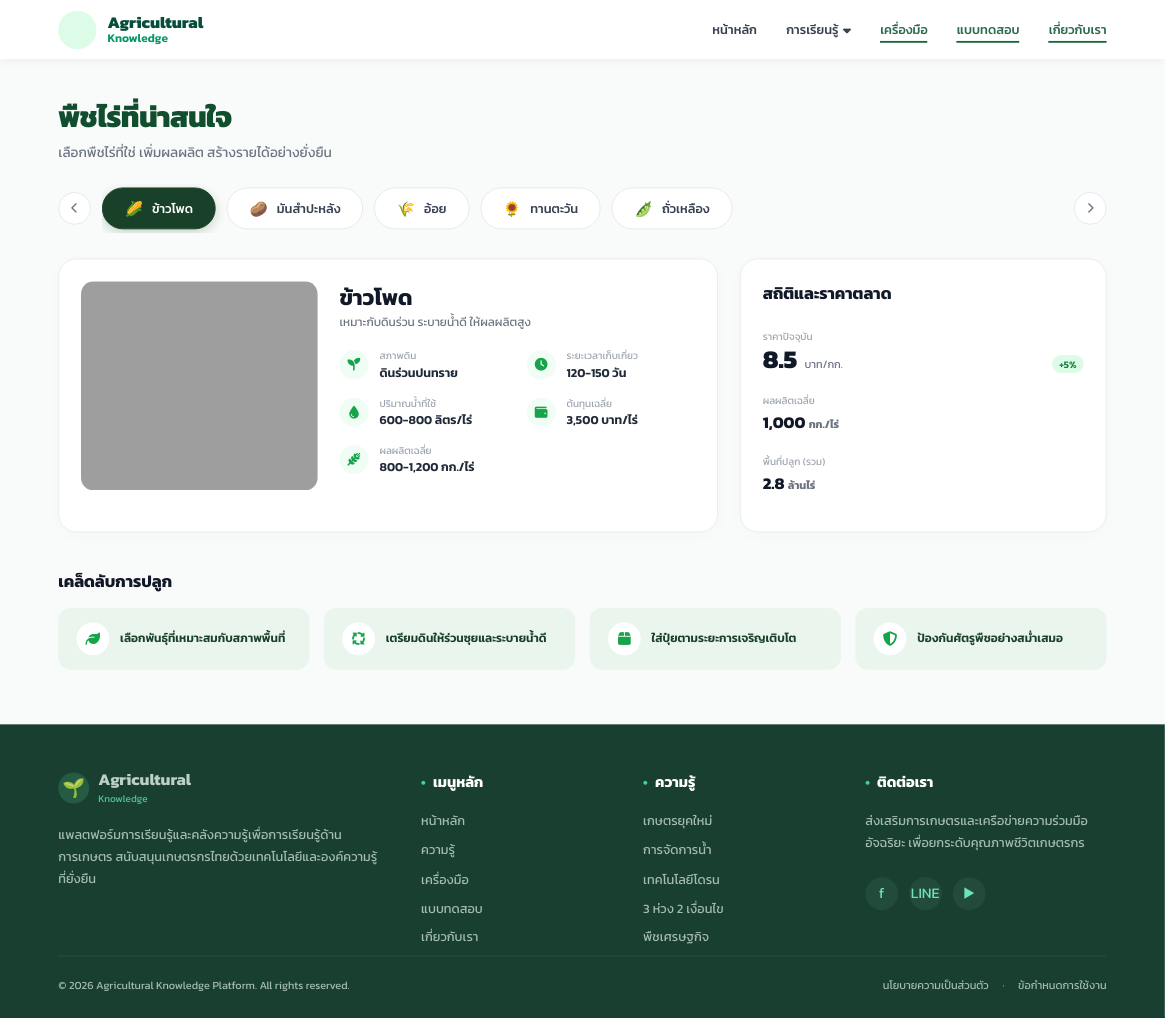
Repository: nuwat-wa/Project-WebdesignAG
Page: ag7.html
The author's editor kept a copy of each file at every save. The page is drawn from the files as they stood at one save, then again after the next save.
The browser window is 1280 px wide. The pictures show the whole page, at 91% of full size.
Pictures or frames that could not be fetched are drawn as grey boxes.

Above is the page before, as saved 2026-09-30 19:14:55.

### ag7.html
<!DOCTYPE html>
<html lang="th">
<head>
  <meta charset="UTF-8">
  <meta name="viewport" content="width=device-width, initial-scale=1.0">
  <title>พืชไร่ที่น่าสนใจ - Agricultural Knowledge</title>
  <!-- Google Font: Kanit -->
  <link rel="stylesheet" href="https://fonts.googleapis.com/css2?family=Kanit:wght@300;400;500;600;700;800&display=swap">
  <!-- FontAwesome Icons -->
  <link rel="stylesheet" href="https://cdnjs.cloudflare.com/ajax/libs/font-awesome/6.4.0/css/all.min.css">
  <!-- External CSS -->
  <link rel="stylesheet" href="style/ag7.css">
</head>
<body>

  <header class="header">
      <div class="logo">
        <div class="logo-icon">
          <i class=""></i>
        </div>
        <div class="brand-text">
          <h1 class="title">Agricultural</h1>
          <span class="subtitle">Knowledge</span>
        </div>
      </div>

      <input type="checkbox" id="menu-toggle" class="menu-toggle" />

      <label for="menu-toggle" class="hamburger">
        <span></span>
        <span></span>
        <span></span>
      </label>

      <nav class="nav-links">
        <a href="#">หน้าหลัก</a>

        <div class="dropdown-hover">
          <a href="#" class="dropdown-btn active"
            >การเรียนรู้ <i class="fa-solid fa-caret-down"></i
          ></a>

          <div class="menu-level1">
            <!-- มือใหม่ -->
            <div class="menu-item-has-children">
              <a href="#">มือใหม่ <i class="fa-solid fa-caret-right"></i></a>
              <div class="menu-level2">
                <a href="ag4.html">เกษตรสมัยใหม่</a>
                <a href="ag5.html">ปลูกข้าว</a>
                <a href="ag6.html">พืชสวน</a>
                <a href="ag7.html">พืชไร่</a>
                <a href="ag8.html">ปลูกผัก</a>
                <a href="ag9.html">การเตรียมดิน</a>
                <a href="#">การเลือกปุ๋ย</a>
                <a href="#">โรคศัตรูพืช</a>
              </div>
            </div>

            <!-- ผู้มีพื้นฐาน -->
            <div class="menu-item-has-children">
              <a href="#"
                >ผู้มีพื้นฐาน <i class="fa-solid fa-caret-right"></i
              ></a>
              <div class="menu-level2">
                <a href="#">เทคโนโลยีการเกษตร</a>
                <a href="#">การวางแผนการผลิต</a>
                <a href="#">AI / Big Data</a>
                <a href="ag10.html">ระบบน้ำอัจฉริยะ</a>
                <a href="#">การจัดการต้นทุน</a>
              </div>
            </div>

            <a href="ag3.html">หลักการพอเพียง</a>
            <a href="#">เรื่องเล่า</a>
            <a href="#">บทความ</a>

          </div>
        </div>

        <a href="#" class="active">เครื่องมือ</a>
        <a href="#" class="active">แบบทดสอบ</a>
        <a href="ag2.html" class="active">เกี่ยวกับเรา</a>
      </nav>
    </header>

  <!-- Main Content -->
  <main class="main-content">
    <div class="container">

      <!-- Header Title -->
      <section class="section-header">
        <h1 class="main-title">พืชไร่ที่น่าสนใจ</h1>
        <p class="section-subtitle">เลือกพืชไร่ที่ใช่ เพิ่มผลผลิต สร้างรายได้อย่างยั่งยืน</p>
      </section>

      <!-- Pure CSS Tabs Container -->
      <div class="plant-system">

        <!-- Radio Inputs (hidden) -->
        <input type="radio" name="plant-tab" id="tab-corn" checked>
        <input type="radio" name="plant-tab" id="tab-cassava">
        <input type="radio" name="plant-tab" id="tab-sugarcane">
        <input type="radio" name="plant-tab" id="tab-sunflower">
        <input type="radio" name="plant-tab" id="tab-soybean">

        <!-- Plant Selector Nav (Labels) -->
        <div class="tabs-wrapper">
          <div class="arrow-btn"><i class="fa-solid fa-chevron-left"></i></div>
          <div class="tabs-list">
            <label for="tab-corn" class="tab-btn label-corn">
              <span class="tab-icon">🌽</span> ข้าวโพด
            </label>
            <label for="tab-cassava" class="tab-btn label-cassava">
              <span class="tab-icon">🥔</span> มันสำปะหลัง
            </label>
            <label for="tab-sugarcane" class="tab-btn label-sugarcane">
              <span class="tab-icon">🌾</span> อ้อย
            </label>
            <label for="tab-sunflower" class="tab-btn label-sunflower">
              <span class="tab-icon">🌻</span> ทานตะวัน
            </label>
            <label for="tab-soybean" class="tab-btn label-soybean">
              <span class="tab-icon">🫛</span> ถั่วเหลือง
            </label>
          </div>
          <div class="arrow-btn"><i class="fa-solid fa-chevron-right"></i></div>
        </div>

        <!-- Dynamic Content Panels -->
        <div class="tab-panels">

          <!-- 1. ข้าวโพด -->
          <div class="panel panel-corn">
            <div class="details-grid">
              <div class="plant-detail-card">
                <div class="plant-img-box">
                  <img src="https://images.unsplash.com/photo-1551754655-cd27e38d2076?q=80&w=600&auto=format&fit=crop" alt="ข้าวโพด">
                </div>
                <div class="plant-info-content">
                  <h2 class="plant-card-title">ข้าวโพด</h2>
                  <p class="plant-card-desc">เหมาะกับดินร่วน ระบายน้ำดี ให้ผลผลิตสูง</p>
                  <div class="specs-grid">
                    <div class="spec-item"><div class="spec-icon"><i class="fa-solid fa-seedling"></i></div><div class="spec-text-wrap"><span class="spec-label">สภาพดิน</span><span class="spec-val">ดินร่วนปนทราย</span></div></div>
                    <div class="spec-item"><div class="spec-icon"><i class="fa-solid fa-clock"></i></div><div class="spec-text-wrap"><span class="spec-label">ระยะเวลาเก็บเกี่ยว</span><span class="spec-val">120-150 วัน</span></div></div>
                    <div class="spec-item"><div class="spec-icon"><i class="fa-solid fa-droplet"></i></div><div class="spec-text-wrap"><span class="spec-label">ปริมาณน้ำที่ใช้</span><span class="spec-val">600-800 ลิตร/ไร่</span></div></div>
                    <div class="spec-item"><div class="spec-icon"><i class="fa-solid fa-wallet"></i></div><div class="spec-text-wrap"><span class="spec-label">ต้นทุนเฉลี่ย</span><span class="spec-val">3,500 บาท/ไร่</span></div></div>
                    <div class="spec-item"><div class="spec-icon"><i class="fa-solid fa-wheat-awn"></i></div><div class="spec-text-wrap"><span class="spec-label">ผลผลิตเฉลี่ย</span><span class="spec-val">800-1,200 กก./ไร่</span></div></div>
                  </div>
                </div>
              </div>

              <div class="stats-card">
                <h2 class="stats-title">สถิติและราคาตลาด</h2>
                <div class="stat-block">
                  <span class="stat-label">ราคาปัจจุบัน</span>
                  <div class="stat-row price-wrap">
                    <span class="price-num">8.5</span><span class="price-unit">บาท/กก.</span><span class="badge-percent">+5%</span>
                  </div>
                </div>
                <div class="stat-block">
                  <span class="stat-label">ผลผลิตเฉลี่ย</span>
                  <div class="stat-row"><span class="stat-val-text">1,000 <span class="price-unit">กก./ไร่</span></span></div>
                </div>
                <div class="stat-block">
                  <span class="stat-label">พื้นที่ปลูก (รวม)</span>
                  <div class="stat-row"><span class="stat-val-text">2.8 <span class="price-unit">ล้านไร่</span></span></div>
                </div>
              </div>
            </div>
          </div>

          <!-- 2. มันสำปะหลัง -->
          <div class="panel panel-cassava">
            <div class="details-grid">
              <div class="plant-detail-card">
                <div class="plant-img-box">
                  <img src="https://images.unsplash.com/photo-1592417817098-8f3d6eb19655?q=80&w=600&auto=format&fit=crop" alt="มันสำปะหลัง">
                </div>
                <div class="plant-info-content">
                  <h2 class="plant-card-title">มันสำปะหลัง</h2>
                  <p class="plant-card-desc">ทนแห้งแล้งได้ดี ปลูกง่าย ดูแลไม่ยุ่งยาก</p>
                  <div class="specs-grid">
                    <div class="spec-item"><div class="spec-icon"><i class="fa-solid fa-seedling"></i></div><div class="spec-text-wrap"><span class="spec-label">สภาพดิน</span><span class="spec-val">ดินร่วนปนทราย / ดินเหนียว</span></div></div>
                    <div class="spec-item"><div class="spec-icon"><i class="fa-solid fa-clock"></i></div><div class="spec-text-wrap"><span class="spec-label">ระยะเวลาเก็บเกี่ยว</span><span class="spec-val">240-360 วัน</span></div></div>
                    <div class="spec-item"><div class="spec-icon"><i class="fa-solid fa-droplet"></i></div><div class="spec-text-wrap"><span class="spec-label">ปริมาณน้ำที่ใช้</span><span class="spec-val">400-600 ลิตร/ไร่</span></div></div>
                    <div class="spec-item"><div class="spec-icon"><i class="fa-solid fa-wallet"></i></div><div class="spec-text-wrap"><span class="spec-label">ต้นทุนเฉลี่ย</span><span class="spec-val">2,800 บาท/ไร่</span></div></div>
                    <div class="spec-item"><div class="spec-icon"><i class="fa-solid fa-wheat-awn"></i></div><div class="spec-text-wrap"><span class="spec-label">ผลผลิตเฉลี่ย</span><span class="spec-val">3,000-4,500 กก./ไร่</span></div></div>
                  </div>
                </div>
              </div>

              <div class="stats-card">
                <h2 class="stats-title">สถิติและราคาตลาด</h2>
                <div class="stat-block">
                  <span class="stat-label">ราคาปัจจุบัน</span>
                  <div class="stat-row price-wrap">
                    <span class="price-num">3.2</span><span class="price-unit">บาท/กก.</span><span class="badge-percent">+2.1%</span>
                  </div>
                </div>
                <div class="stat-block">
                  <span class="stat-label">ผลผลิตเฉลี่ย</span>
                  <div class="stat-row"><span class="stat-val-text">3,500 <span class="price-unit">กก./ไร่</span></span></div>
                </div>
                <div class="stat-block">
                  <span class="stat-label">พื้นที่ปลูก (รวม)</span>
                  <div class="stat-row"><span class="stat-val-text">8.5 <span class="price-unit">ล้านไร่</span></span></div>
                </div>
              </div>
            </div>
          </div>

          <!-- 3. อ้อย -->
          <div class="panel panel-sugarcane">
            <div class="details-grid">
              <div class="plant-detail-card">
                <div class="plant-img-box">
                  <img src="https://images.unsplash.com/photo-1594904351111-a072f80b1a71?q=80&w=600&auto=format&fit=crop" alt="อ้อย">
                </div>
                <div class="plant-info-content">
                  <h2 class="plant-card-title">อ้อย</h2>
                  <p class="plant-card-desc">พืชเศรษฐกิจสำคัญ ต้องการแดดจัดและน้ำพอเพียง</p>
                  <div class="specs-grid">
                    <div class="spec-item"><div class="spec-icon"><i class="fa-solid fa-seedling"></i></div><div class="spec-text-wrap"><span class="spec-label">สภาพดิน</span><span class="spec-val">ดินร่วนเหนียว</span></div></div>
                    <div class="spec-item"><div class="spec-icon"><i class="fa-solid fa-clock"></i></div><div class="spec-text-wrap"><span class="spec-label">ระยะเวลาเก็บเกี่ยว</span><span class="spec-val">300-365 วัน</span></div></div>
                    <div class="spec-item"><div class="spec-icon"><i class="fa-solid fa-droplet"></i></div><div class="spec-text-wrap"><span class="spec-label">ปริมาณน้ำที่ใช้</span><span class="spec-val">1,000-1,200 ลิตร/ไร่</span></div></div>
                    <div class="spec-item"><div class="spec-icon"><i class="fa-solid fa-wallet"></i></div><div class="spec-text-wrap"><span class="spec-label">ต้นทุนเฉลี่ย</span><span class="spec-val">5,000 บาท/ไร่</span></div></div>
                    <div class="spec-item"><div class="spec-icon"><i class="fa-solid fa-wheat-awn"></i></div><div class="spec-text-wrap"><span class="spec-label">ผลผลิตเฉลี่ย</span><span class="spec-val">10-15 ตัน/ไร่</span></div></div>
                  </div>
                </div>
              </div>

              <div class="stats-card">
                <h2 class="stats-title">สถิติและราคาตลาด</h2>
                <div class="stat-block">
                  <span class="stat-label">ราคาปัจจุบัน</span>
                  <div class="stat-row price-wrap">
                    <span class="price-num">1.1</span><span class="price-unit">บาท/กก.</span><span class="badge-percent">-0.5%</span>
                  </div>
                </div>
                <div class="stat-block">
                  <span class="stat-label">ผลผลิตเฉลี่ย</span>
                  <div class="stat-row"><span class="stat-val-text">12,000 <span class="price-unit">กก./ไร่</span></span></div>
                </div>
                <div class="stat-block">
                  <span class="stat-label">พื้นที่ปลูก (รวม)</span>
                  <div class="stat-row"><span class="stat-val-text">11.2 <span class="price-unit">ล้านไร่</span></span></div>
                </div>
              </div>
            </div>
          </div>

          <!-- 4. ทานตะวัน -->
          <div class="panel panel-sunflower">
            <div class="details-grid">
              <div class="plant-detail-card">
                <div class="plant-img-box">
                  <img src="https://images.unsplash.com/photo-1597848212624-a19eb35e2651?q=80&w=600&auto=format&fit=crop" alt="ทานตะวัน">
                </div>
                <div class="plant-info-content">
                  <h2 class="plant-card-title">ทานตะวัน</h2>
                  <p class="plant-card-desc">พืชอายุสั้น ใช้น้ำน้อย เหมาะสำหรับปลูกหลังนา</p>
                  <div class="specs-grid">
                    <div class="spec-item"><div class="spec-icon"><i class="fa-solid fa-seedling"></i></div><div class="spec-text-wrap"><span class="spec-label">สภาพดิน</span><span class="spec-val">ดินร่วนระบายน้ำดี</span></div></div>
                    <div class="spec-item"><div class="spec-icon"><i class="fa-solid fa-clock"></i></div><div class="spec-text-wrap"><span class="spec-label">ระยะเวลาเก็บเกี่ยว</span><span class="spec-val">80-100 วัน</span></div></div>
                    <div class="spec-item"><div class="spec-icon"><i class="fa-solid fa-droplet"></i></div><div class="spec-text-wrap"><span class="spec-label">ปริมาณน้ำที่ใช้</span><span class="spec-val">300-500 ลิตร/ไร่</span></div></div>
                    <div class="spec-item"><div class="spec-icon"><i class="fa-solid fa-wallet"></i></div><div class="spec-text-wrap"><span class="spec-label">ต้นทุนเฉลี่ย</span><span class="spec-val">2,200 บาท/ไร่</span></div></div>
                    <div class="spec-item"><div class="spec-icon"><i class="fa-solid fa-wheat-awn"></i></div><div class="spec-text-wrap"><span class="spec-label">ผลผลิตเฉลี่ย</span><span class="spec-val">200-350 กก./ไร่</span></div></div>
                  </div>
                </div>
              </div>

              <div class="stats-card">
                <h2 class="stats-title">สถิติและราคาตลาด</h2>
                <div class="stat-block">
                  <span class="stat-label">ราคาปัจจุบัน</span>
                  <div class="stat-row price-wrap">
                    <span class="price-num">22.0</span><span class="price-unit">บาท/กก.</span><span class="badge-percent">+1.8%</span>
                  </div>
                </div>
                <div class="stat-block">
                  <span class="stat-label">ผลผลิตเฉลี่ย</span>
                  <div class="stat-row"><span class="stat-val-text">280 <span class="price-unit">กก./ไร่</span></span></div>
                </div>
                <div class="stat-block">
                  <span class="stat-label">พื้นที่ปลูก (รวม)</span>
                  <div class="stat-row"><span class="stat-val-text">0.4 <span class="price-unit">ล้านไร่</span></span></div>
                </div>
              </div>
            </div>
          </div>

          <!-- 5. ถั่วเหลือง -->
          <div class="panel panel-soybean">
            <div class="details-grid">
              <div class="plant-detail-card">
                <div class="plant-img-box">
                  <img src="https://images.unsplash.com/photo-1586201375761-83865001e31c?q=80&w=600&auto=format&fit=crop" alt="ถั่วเหลือง">
                </div>
                <div class="plant-info-content">
                  <h2 class="plant-card-title">ถั่วเหลือง</h2>
                  <p class="plant-card-desc">บำรุงดิน เพิ่มไนโตรเจน ตลาดมีความต้องการสูง</p>
                  <div class="specs-grid">
                    <div class="spec-item"><div class="spec-icon"><i class="fa-solid fa-seedling"></i></div><div class="spec-text-wrap"><span class="spec-label">สภาพดิน</span><span class="spec-val">ดินร่วนปนทราย</span></div></div>
                    <div class="spec-item"><div class="spec-icon"><i class="fa-solid fa-clock"></i></div><div class="spec-text-wrap"><span class="spec-label">ระยะเวลาเก็บเกี่ยว</span><span class="spec-val">90-110 วัน</span></div></div>
                    <div class="spec-item"><div class="spec-icon"><i class="fa-solid fa-droplet"></i></div><div class="spec-text-wrap"><span class="spec-label">ปริมาณน้ำที่ใช้</span><span class="spec-val">400-500 ลิตร/ไร่</span></div></div>
                    <div class="spec-item"><div class="spec-icon"><i class="fa-solid fa-wallet"></i></div><div class="spec-text-wrap"><span class="spec-label">ต้นทุนเฉลี่ย</span><span class="spec-val">2,500 บาท/ไร่</span></div></div>
                    <div class="spec-item"><div class="spec-icon"><i class="fa-solid fa-wheat-awn"></i></div><div class="spec-text-wrap"><span class="spec-label">ผลผลิตเฉลี่ย</span><span class="spec-val">250-400 กก./ไร่</span></div></div>
                  </div>
                </div>
              </div>

              <div class="stats-card">
                <h2 class="stats-title">สถิติและราคาตลาด</h2>
                <div class="stat-block">
                  <span class="stat-label">ราคาปัจจุบัน</span>
                  <div class="stat-row price-wrap">
                    <span class="price-num">18.5</span><span class="price-unit">บาท/กก.</span><span class="badge-percent">+3.2%</span>
                  </div>
                </div>
                <div class="stat-block">
                  <span class="stat-label">ผลผลิตเฉลี่ย</span>
                  <div class="stat-row"><span class="stat-val-text">320 <span class="price-unit">กก./ไร่</span></span></div>
                </div>
                <div class="stat-block">
                  <span class="stat-label">พื้นที่ปลูก (รวม)</span>
                  <div class="stat-row"><span class="stat-val-text">0.8 <span class="price-unit">ล้านไร่</span></span></div>
                </div>
              </div>
            </div>
          </div>

        </div>
      </div>

      <!-- Tips Section -->
      <section class="tips-section">
        <h2 class="tips-section-title">เคล็ดลับการปลูก</h2>
        <div class="tips-grid">
          <div class="tip-card">
            <div class="tip-icon"><i class="fa-solid fa-leaf"></i></div>
            <span class="tip-text">เลือกพันธุ์ที่เหมาะสมกับสภาพพื้นที่</span>
          </div>
          <div class="tip-card">
            <div class="tip-icon"><i class="fa-solid fa-arrows-spin"></i></div>
            <span class="tip-text">เตรียมดินให้ร่วนซุยและระบายน้ำดี</span>
          </div>
          <div class="tip-card">
            <div class="tip-icon"><i class="fa-solid fa-box"></i></div>
            <span class="tip-text">ใส่ปุ๋ยตามระยะการเจริญเติบโต</span>
          </div>
          <div class="tip-card">
            <div class="tip-icon"><i class="fa-solid fa-shield-halved"></i></div>
            <span class="tip-text">ป้องกันศัตรูพืชอย่างสม่ำเสมอ</span>
          </div>
        </div>
      </section>

    </div>
  </main>

   <footer class="site-footer">
      <div class="footer-top">
        <!-- โลโก้และคำอธิบาย -->
        <div class="footer-about">
          <div class="footer-logo">
            <span class="footer-logo-icon">🌱</span>

            <div>
              <strong>Agricultural</strong>
              <small>Knowledge</small>
            </div>
          </div>

          <p>
            แพลตฟอร์มการเรียนรู้และคลังความรู้เพื่อการเรียนรู้ด้านการเกษตร
            สนับสนุนเกษตรกรไทยด้วยเทคโนโลยีและองค์ความรู้ที่ยั่งยืน
          </p>
        </div>

        <!-- เมนูหลัก -->
        <div class="footer-column">
          <h3>เมนูหลัก</h3>

          <ul>
            <li><a href="home.html">หน้าหลัก</a></li>
            <li><a href="knowledge.html">ความรู้</a></li>
            <li><a href="tools.html">เครื่องมือ</a></li>
            <li><a href="quiz.html">แบบทดสอบ</a></li>
            <li><a href="about.html">เกี่ยวกับเรา</a></li>
          </ul>
        </div>

        <!-- หมวดความรู้ -->
        <div class="footer-column">
          <h3>ความรู้</h3>

          <ul>
            <li><a href="modern-farming.html">เกษตรยุคใหม่</a></li>
            <li><a href="water.html">การจัดการน้ำ</a></li>
            <li><a href="drone.html">เทคโนโลยีโดรน</a></li>
            <li><a href="sufficiency.html">3 ห่วง 2 เงื่อนไข</a></li>
            <li><a href="crops.html">พืชเศรษฐกิจ</a></li>
          </ul>
        </div>

        <!-- ติดต่อ -->
        <div class="footer-contact">
          <h3>ติดต่อเรา</h3>

          <p>
            ส่งเสริมการเกษตรและเครือข่ายความร่วมมืออัจฉริยะ
            เพื่อยกระดับคุณภาพชีวิตเกษตรกร
          </p>

          <!-- ใส่ URL ของช่องทางจริงใน href -->
          <div class="footer-social">
            <a href="#" aria-label="Facebook">f</a>
            <a href="#" class="social-line" aria-label="LINE">LINE</a>
            <a href="#" aria-label="YouTube">▶</a>
          </div>
        </div>
      </div>

      <!-- ส่วนล่าง -->
      <div class="footer-bottom">
        <p>© 2026 Agricultural Knowledge Platform. All rights reserved.</p>

        <div class="footer-policy">
          <a href="privacy.html">นโยบายความเป็นส่วนตัว</a>
          <span>·</span>
          <a href="terms.html">ข้อกำหนดการใช้งาน</a>
        </div>
      </div>
    </footer>

</body>
</html>

Loaded but not shown: style/ag7.css (841 lines, source omitted)

After the next save:
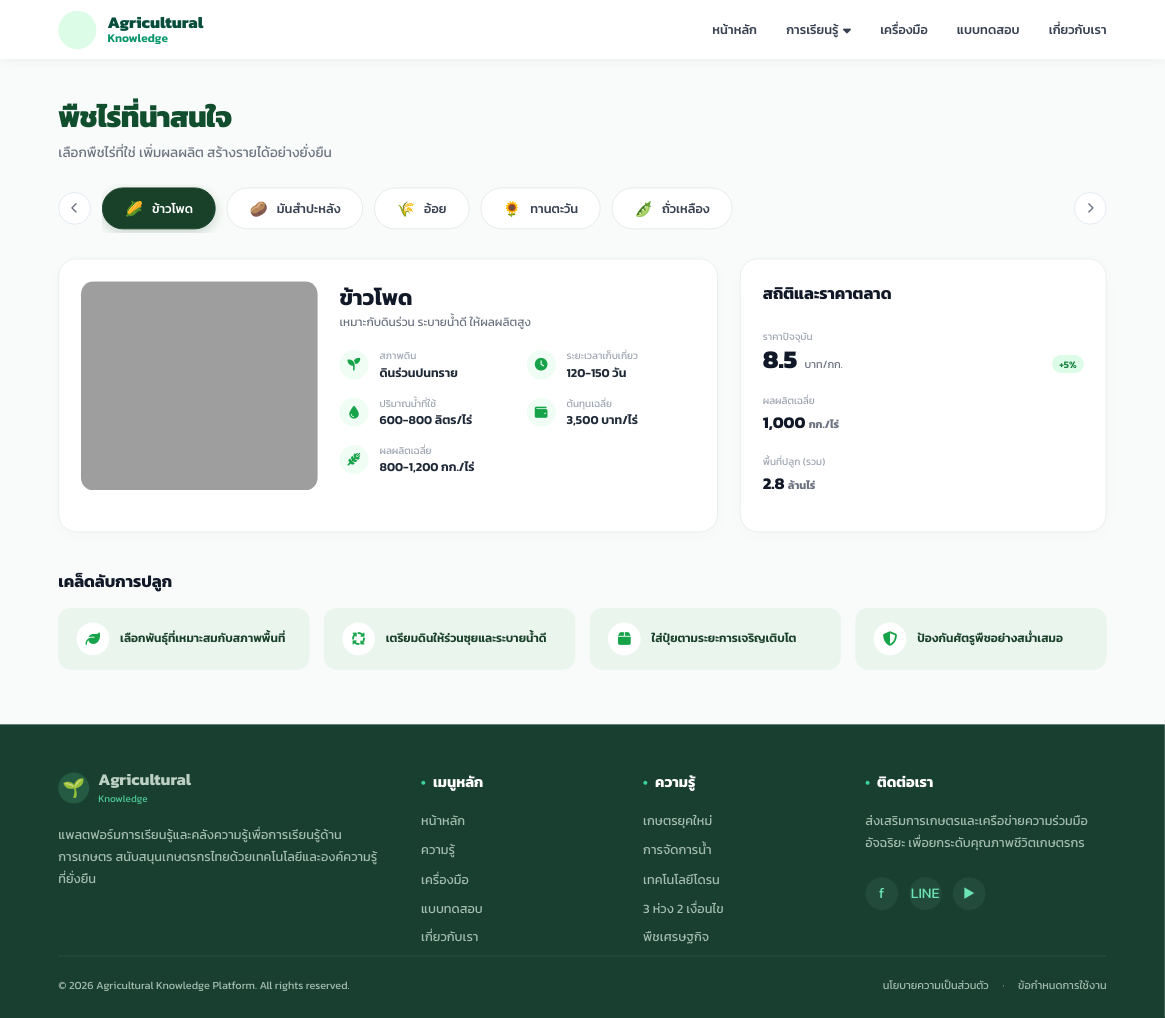
Saved 8 s later.
--- a/ag7.html
+++ b/ag7.html
@@ -77,9 +77,9 @@
           </div>
         </div>
 
-        <a href="#" class="active">เครื่องมือ</a>
-        <a href="#" class="active">แบบทดสอบ</a>
-        <a href="ag2.html" class="active">เกี่ยวกับเรา</a>
+        <a href="#">เครื่องมือ</a>
+        <a href="#">แบบทดสอบ</a>
+        <a href="ag2.html">เกี่ยวกับเรา</a>
       </nav>
     </header>
 
